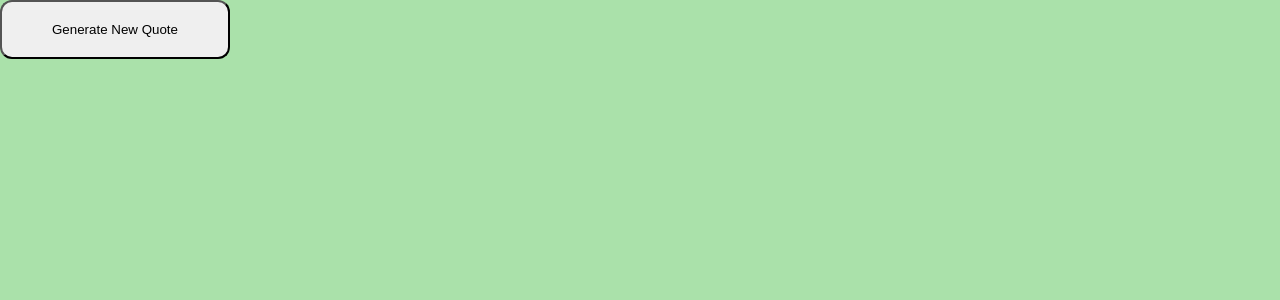
Repository: cakuang1/kanyequotes
Page: /
These files come from the project's save history. The page is drawn as it stood at one moment and after the next save; the edit follows.
The browser window is 1280 px wide. The pictures show the whole page.
The project was rebuilt for these pictures with package versions that can differ from the ones it lists, and the page was loaded fresh each time.

Above is the page before, as saved 2022-07-18 02:23:34.

### src/index.css
* {
    box-sizing: border-box;
    margin: 0;
    padding: 0;
}

body {

    background-color: rgb(170, 225, 170);
}


.container {
    background-image: linear-gradient(red, yellow);
    background-color: rgb(201, 76, 76);

}

button {
    border-radius: 12px;
    padding: 20px 50px;



}

### src/App.js
import axios from 'axios';
import React,{Component, useState} from 'react';
import Button from './components/Button';


const url = 'https://api.kanye.rest'





function App() {



  return (
    <>
    <h1></h1>
      <Button/>
    </>
  )
}


export default App;

### src/components/Button.js
import React, { useState } from "react";
import axios from "axios";




const url = 'https://api.kanye.rest'


export default function Button() {

    const [text,setText] = useState('');

    function handleClick(event) {
        event.preventDefault()
        axios.get(url).then((response) => {
            setText(response.data.quote)
        })
    }

    return (
    <>
      <form>
      <button onClick={handleClick} >Generate New Quote</button>
      </form>
      <div className='text'>
        {text}
    </div>
    </>
  );
  }

Loaded but not shown: public/index.html (common file); src/index.js (common file)

After the next save:
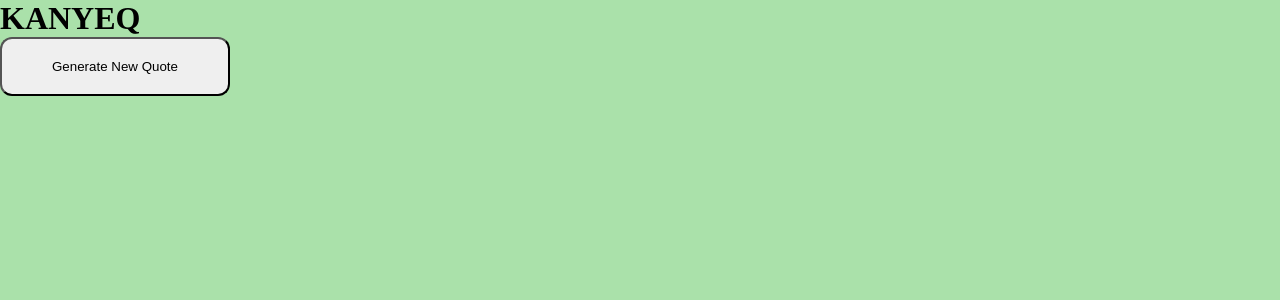
Saved 4 s later.
--- a/src/App.js
+++ b/src/App.js
@@ -15,7 +15,7 @@
 
   return (
     <>
-    <h1></h1>
+    <h1> KANYEQ</h1>
       <Button/>
     </>
   )
